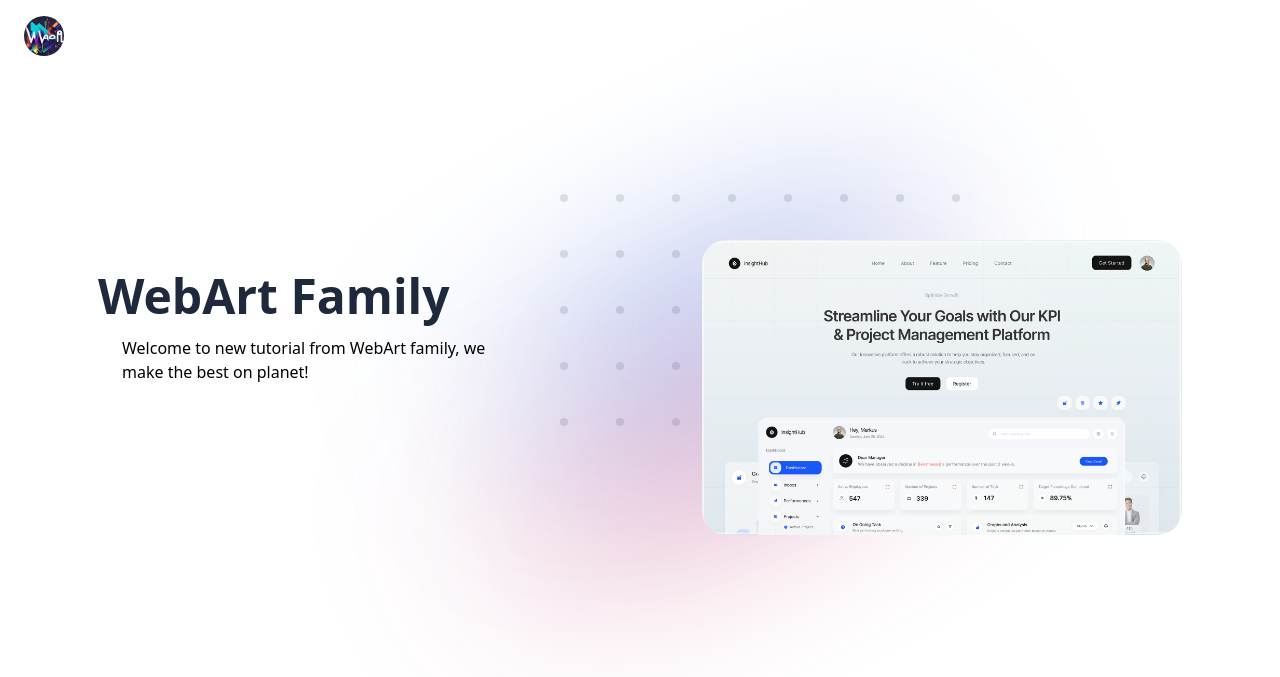
Repository: 30namp/youtube-web-art-code
Page: stunning landing page 1/index.html
The author's editor kept a copy of each file at every save. The page is drawn from the files as they stood at one save, then again after the next save.
The browser window is 1280 px wide. The pictures show the whole page.

Above is the page before, as saved 2024-09-26 21:06:20.

### stunning landing page 1/index.html
<!DOCTYPE html>
<html lang="en">
  <head>
    <meta charset="UTF-8" />
    <meta name="viewport" content="width=device-width, initial-scale=1.0" />
    <title>WebArt Design</title>
    <script src="./tailwindcss.min.js"></script>
  </head>
  <body class="min-h-screen">
    <div
      class="absolute right-[25%] top-[60%] h-12 w-[30rem] rounded-[100%] rotate-[-25deg] bg-pink-700 blur-[6rem]"
    ></div>
    <div
      class="absolute right-[25%] top-[40%] h-12 w-[30rem] rounded-[100%] rotate-[-25deg] bg-blue-700 blur-[6rem]"
    ></div>
    <div
      class="grid grid-cols-8 gap-12 absolute right-[25%] top-[27%] animate-pulse"
    >
      <div class="rounded-full bg-slate-700/30 size-2 shadow-lg"></div>
      <div class="rounded-full bg-slate-700/30 size-2 shadow-lg"></div>
      <div class="rounded-full bg-slate-700/30 size-2 shadow-lg"></div>
      <div class="rounded-full bg-slate-700/30 size-2 shadow-lg"></div>
      <div class="rounded-full bg-slate-700/30 size-2 shadow-lg"></div>
      <div class="rounded-full bg-slate-700/30 size-2 shadow-lg"></div>
      <div class="rounded-full bg-slate-700/30 size-2 shadow-lg"></div>
      <div class="rounded-full bg-slate-700/30 size-2 shadow-lg"></div>
      <div class="rounded-full bg-slate-700/30 size-2 shadow-lg"></div>
      <div class="rounded-full bg-slate-700/30 size-2 shadow-lg"></div>
      <div class="rounded-full bg-slate-700/30 size-2 shadow-lg"></div>
      <div class="rounded-full bg-slate-700/30 size-2 shadow-lg"></div>
      <div class="rounded-full bg-slate-700/30 size-2 shadow-lg"></div>
      <div class="rounded-full bg-slate-700/30 size-2 shadow-lg"></div>
      <div class="rounded-full bg-slate-700/30 size-2 shadow-lg"></div>
      <div class="rounded-full bg-slate-700/30 size-2 shadow-lg"></div>
      <div class="rounded-full bg-slate-700/30 size-2 shadow-lg"></div>
      <div class="rounded-full bg-slate-700/30 size-2 shadow-lg"></div>
      <div class="rounded-full bg-slate-700/30 size-2 shadow-lg"></div>
      <div class="rounded-full bg-slate-700/30 size-2 shadow-lg"></div>
      <div class="rounded-full bg-slate-700/30 size-2 shadow-lg"></div>
      <div class="rounded-full bg-slate-700/30 size-2 shadow-lg"></div>
      <div class="rounded-full bg-slate-700/30 size-2 shadow-lg"></div>
      <div class="rounded-full bg-slate-700/30 size-2 shadow-lg"></div>
      <div class="rounded-full bg-slate-700/30 size-2 shadow-lg"></div>
      <div class="rounded-full bg-slate-700/30 size-2 shadow-lg"></div>
      <div class="rounded-full bg-slate-700/30 size-2 shadow-lg"></div>
      <div class="rounded-full bg-slate-700/30 size-2 shadow-lg"></div>
      <div class="rounded-full bg-slate-700/30 size-2 shadow-lg"></div>
      <div class="rounded-full bg-slate-700/30 size-2 shadow-lg"></div>
      <div class="rounded-full bg-slate-700/30 size-2 shadow-lg"></div>
      <div class="rounded-full bg-slate-700/30 size-2 shadow-lg"></div>
      <div class="rounded-full bg-slate-700/30 size-2 shadow-lg"></div>
      <div class="rounded-full bg-slate-700/30 size-2 shadow-lg"></div>
      <div class="rounded-full bg-slate-700/30 size-2 shadow-lg"></div>
      <div class="rounded-full bg-slate-700/30 size-2 shadow-lg"></div>
      <div class="rounded-full bg-slate-700/30 size-2 shadow-lg"></div>
      <div class="rounded-full bg-slate-700/30 size-2 shadow-lg"></div>
      <div class="rounded-full bg-slate-700/30 size-2 shadow-lg"></div>
      <div class="rounded-full bg-slate-700/30 size-2 shadow-lg"></div>
    </div>

    <!-- navbar -->
    <nav
      class="absolute top-0 left-0 right-0 flex justify-between items-center py-4 px-6"
    >
      <a href="/">
        <img class="size-10 rounded-full" src="./assets/img/logo.jpg" alt="" />
      </a>
    </nav>

    <!-- hero section -->
    <div class="hero-section relative pt-60 flex justify-around items-start">
      <div class="content flex flex-col gap-4 pt-8">
        <h1 class="text-5xl font-bold text-slate-800">WebArt Family</h1>
        <div class="description ml-6 w-96">
          Welcome to new tutorial from WebArt family, we make the best on
          planet!
        </div>
      </div>
      <img class="w-[30rem] rounded-3xl" src="./assets/img/img.png" alt="" />
    </div>
  </body>
</html>

Loaded but not shown: stunning landing page 1/tailwindcss.min.js (library)

After the next save:
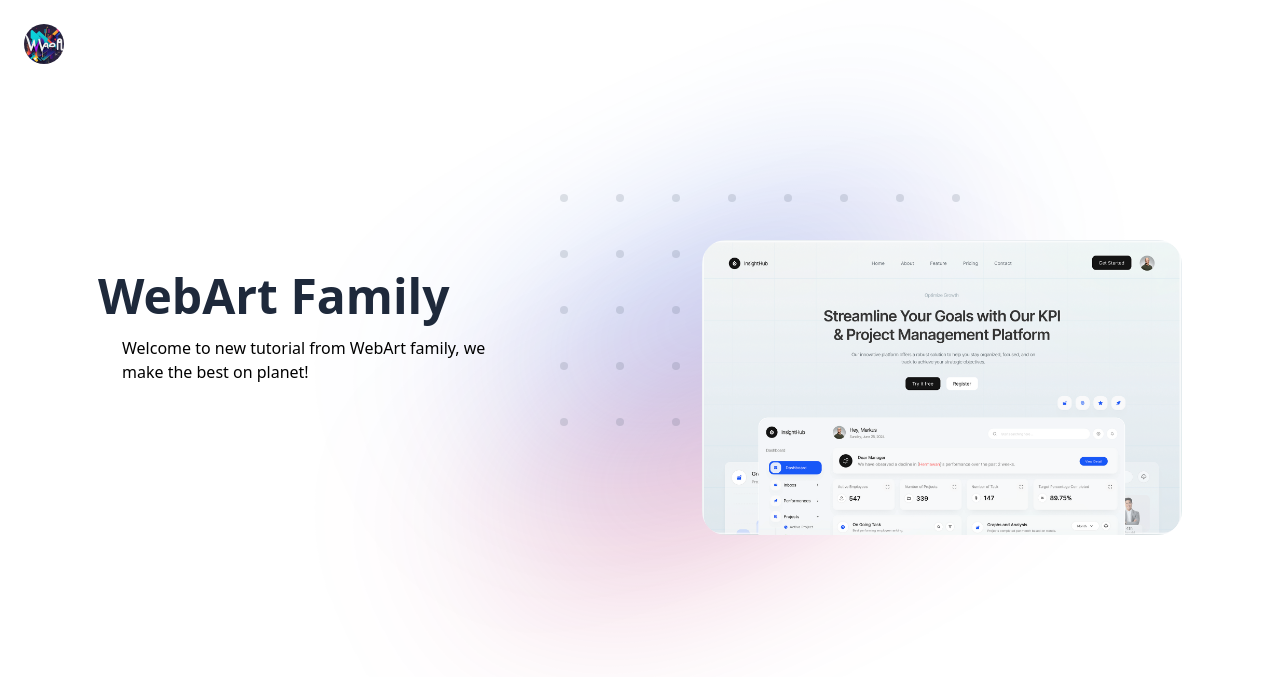
Saved 9 s later.
--- a/stunning landing page 1/index.html
+++ b/stunning landing page 1/index.html
@@ -60,7 +60,7 @@
 
     <!-- navbar -->
     <nav
-      class="absolute top-0 left-0 right-0 flex justify-between items-center py-4 px-6"
+      class="absolute top-0 left-0 right-0 flex justify-between items-center p-6"
     >
       <a href="/">
         <img class="size-10 rounded-full" src="./assets/img/logo.jpg" alt="" />
